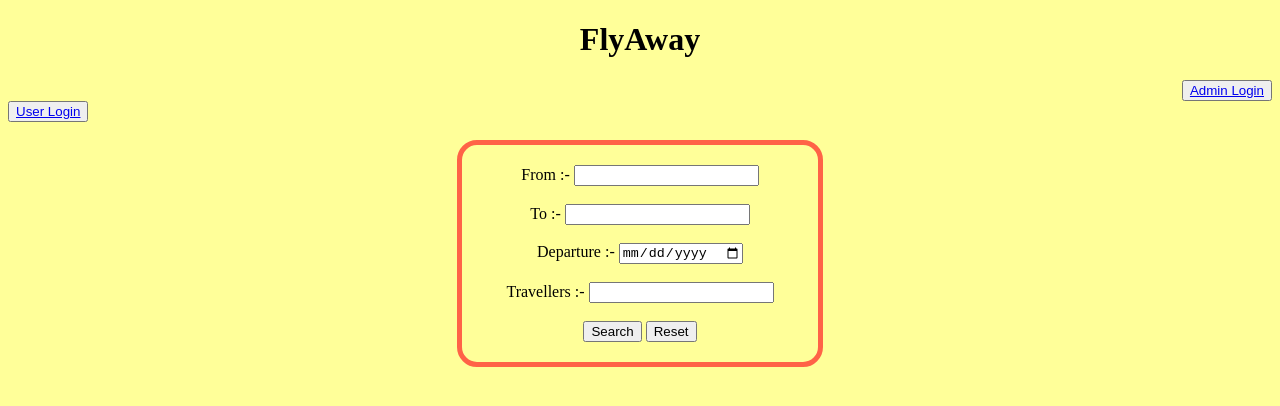
Repository: badrilogaram/Phase-two-project
Page: http://localhost/FlyAway-master/HomePage.jsp
The author's editor kept a copy of each file at every save. The page is drawn from the files as they stood at one save, then again after the next save.
The browser window is 1280 px wide. The pictures show the whole page.
The page is served by Tomcat 9.

Above is the page before, as saved 2021-05-27 22:51:14.

After the next save:
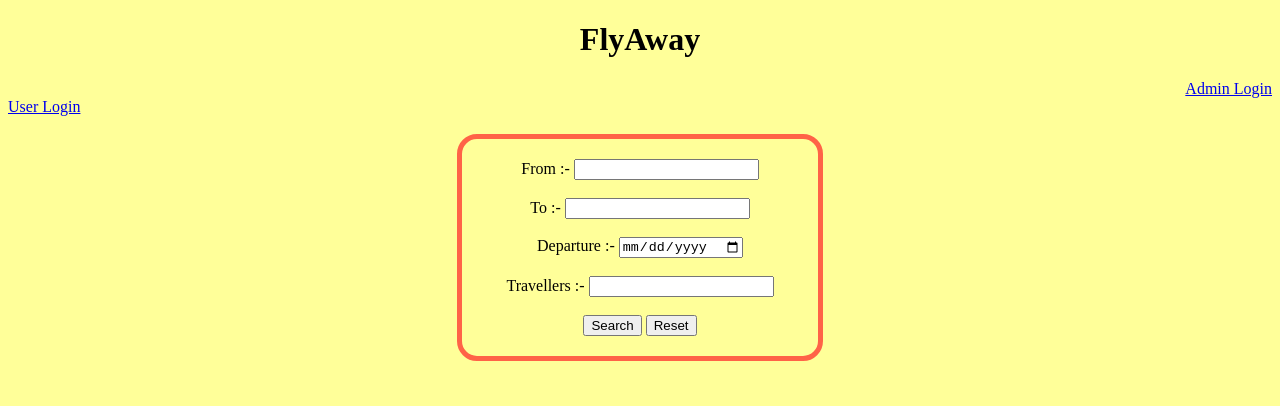
Saved 61 s later.
--- a/FlyAway-master/src/main/webapp/HomePage.jsp
+++ b/FlyAway-master/src/main/webapp/HomePage.jsp
@@ -11,7 +11,7 @@
 <h1><center>FlyAway</center></h1>
 
 <div align="right">
-<button><a href="AdminPage.jsp">Admin Login</a></button>
+<a href="AdminPage.jsp">Admin Login</a>
 </div>
 
 <%
@@ -24,7 +24,7 @@
 <%
 	}else{
 %>
-<button><a href=UserPage.jsp>User Login</a></button>
+<a href=UserPage.jsp>User Login</a>
 <%
 	}
 %>
